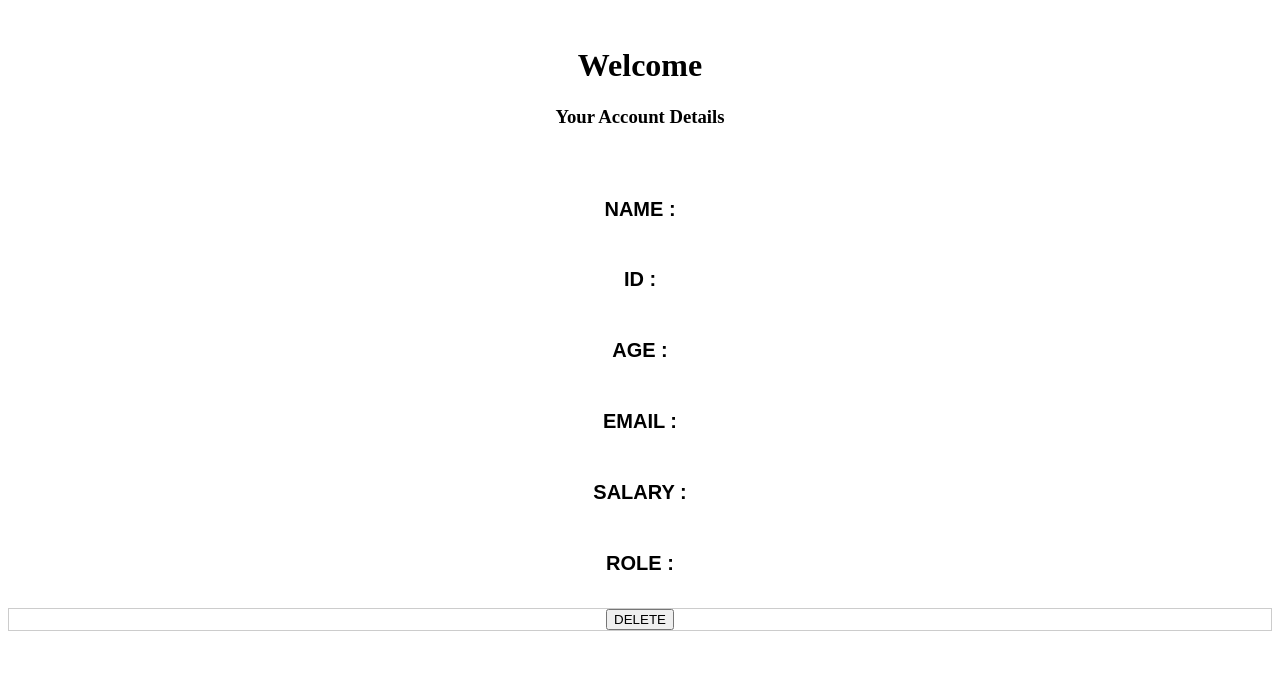
Repository: elizasharon/sprint-3-back-end
Page: http://localhost/SpringMVC2.0/WEB-INF/views/findById.jsp
These files come from the project's save history. The page is drawn as it stood at one moment and after the next save; the edit follows.
The browser window is 1280 px wide. The pictures show the whole page.
The page is served by Tomcat 9. Nobody is signed in. Other server files are loaded and not shown. The template is opened directly, without the code that normally fills it, so the values that code supplies are empty.

Above is the page before, as saved 2019-07-17 05:45:57.

### Java_Eclipse_Workspace/SpringMVC2.0/src/main/webapp/WEB-INF/views/findById.jsp
<%@ page language="java" contentType="text/html; charset=ISO-8859-1"
    pageEncoding="ISO-8859-1" isELIgnored="false" %>
<%@ taglib prefix="form" uri="http://www.springframework.org/tags/form" %>
<!DOCTYPE html>
<html>
<head>
<meta charset="ISO-8859-1">
<title>Employee Details</title>
<style>
	section h2 {
		font-size:18px;
		font-family: Arial, Helvetica, sans-serif;
		font-weight:100;
	}
	section h2 span{
		font-size:20px;
		font-family: Arial, Helvetica, sans-serif;
		font-weight: 900;
	}
</style>
</head>
<body style="text-align: center;">
	<br>
	<h1>Welcome ${employee.name}</h1>
	<h3>Your Account Details</h3>
	<br><br>
	<section>
		<h2><span>NAME : </span> ${employee.name}</h2>
		<br>
		<h2><span>ID : </span> ${employee.id}</h2>
		<br>
		<h2><span>AGE : </span> ${employee.age}</h2>
		<br>
		<h2><span>EMAIL : </span> ${employee.email}</h2>
		<br>
		<h2><span>SALARY : </span> ${employee.salary}</h2>
		<br>
		<h2><span>ROLE : </span> ${employee.role}</h2>
		<br>
	</section>

<form:form action="delete" method="post" style="border:1px solid #ccc">
  <div class="container">

    <form:input type="hidden" path="id" />

    <div class="clearfix">
      <button type="submit" class="signupbtn">DELETE</button>
    </div>

  </div>
</form:form>
</body>
</body>
</html>

After the next save:
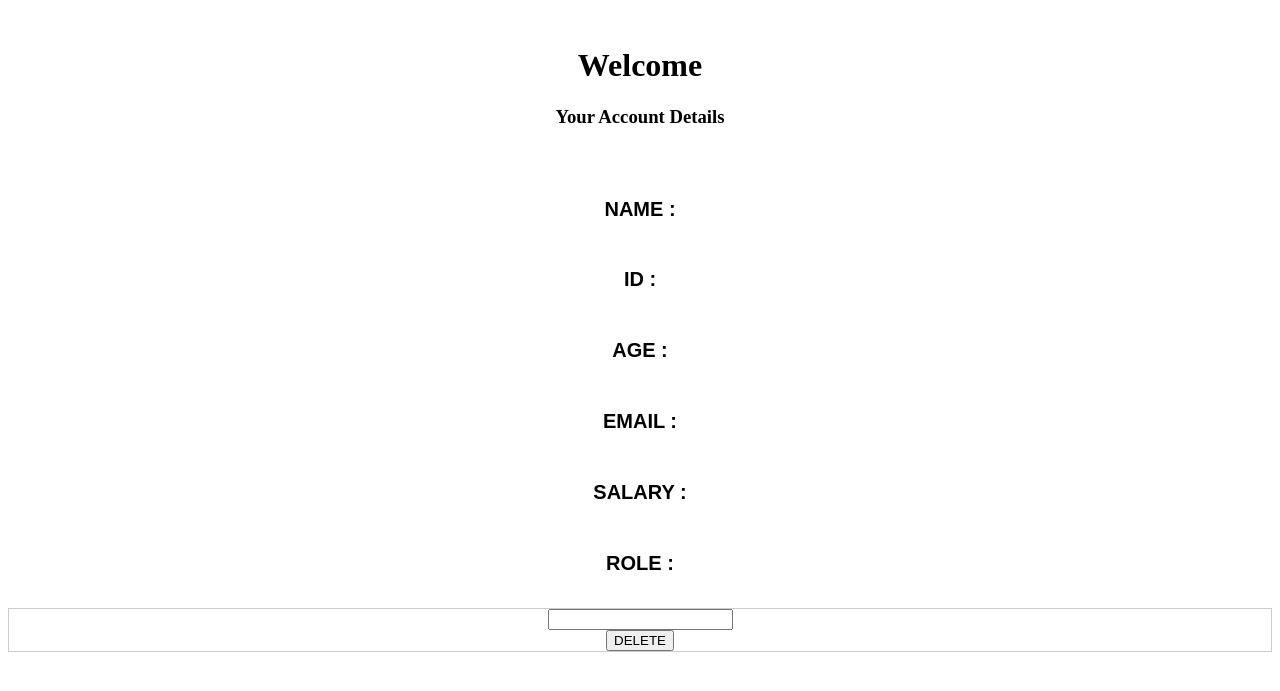
Saved 11 s later.
--- a/Java_Eclipse_Workspace/SpringMVC2.0/src/main/webapp/WEB-INF/views/findById.jsp
+++ b/Java_Eclipse_Workspace/SpringMVC2.0/src/main/webapp/WEB-INF/views/findById.jsp
@@ -42,7 +42,7 @@
 <form:form action="delete" method="post" style="border:1px solid #ccc">
   <div class="container">
 
-    <form:input type="hidden" path="id" />
+    <form:input type="number" path="id" />
 
     <div class="clearfix">
       <button type="submit" class="signupbtn">DELETE</button>
